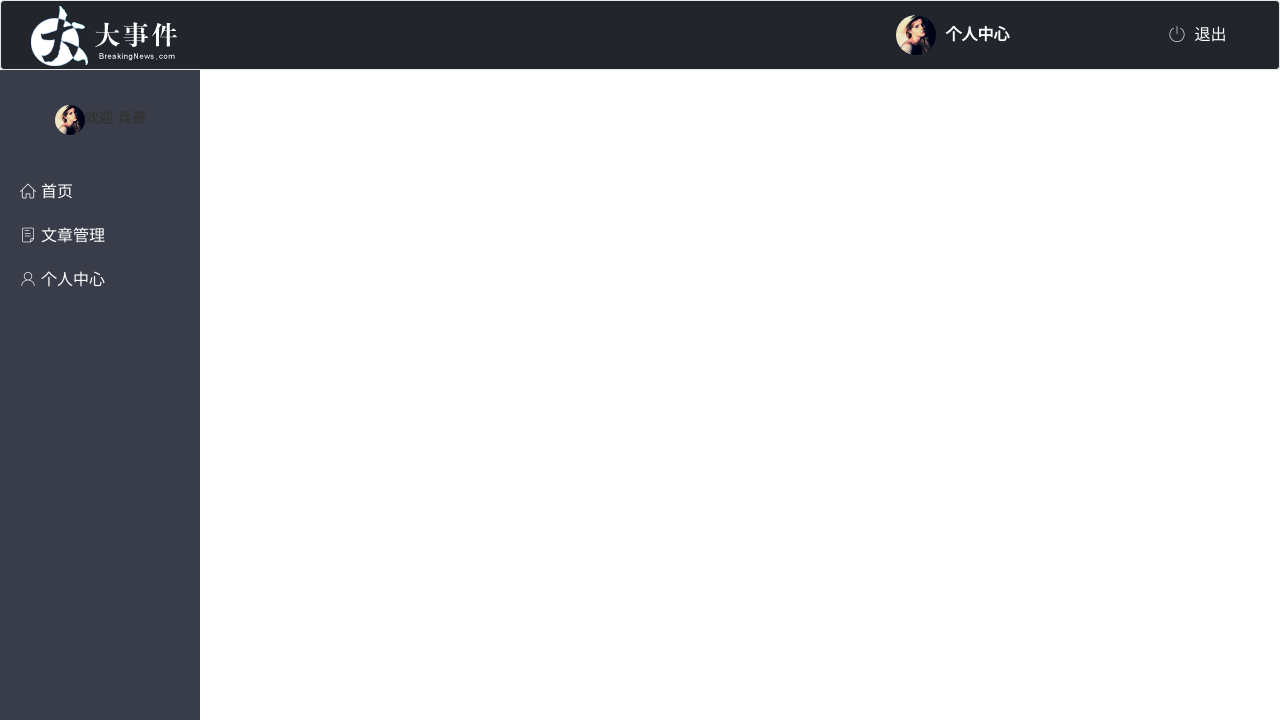
Repository: pursuit-YHP/project_dashijian
Page: index.html
These files come from the project's save history. The page is drawn as it stood at one moment and after the next save; the edit follows.
The browser window is 1280 px wide. The pictures show the whole page.
The style sheet was rebuilt from its Sass, Less or Tailwind sources for each picture, by a compiler version that may differ from the author's.

Above is the page before, as saved 2022-03-13 20:36:06.

### index.html
<!DOCTYPE html>
<html lang="en">

<head>
    <meta charset="UTF-8">
    <meta http-equiv="X-UA-Compatible" content="IE=edge">
    <meta name="viewport" content="width=device-width, initial-scale=1.0">
    <title>Document</title>
    <link rel="stylesheet" href="./assets/lib/bootstrap.css">
    <link rel="stylesheet" href="./assets/css/index.css">
    <link rel="stylesheet" href="./assets/fonts/iconfont.css">
</head>

<body>
    <!-- 头部 -->
    <nav class="navbar navbar-default">
        <div class="container-fluid">
            <div class="navbar-header">
                <a class="navbar-brand" href="#">
                    <img alt="Brand" src="./assets/images/logo.png">
                </a>
            </div>
            <div class="setting">
                <div class="tx_zoom">
                    <div class="touxiang"></div>
                    <label class="myzoon">个人中心</label>
                </div>
                <div class="unlogin">
                    <span class="iconfont icon-tuichu"></span>
                    <span>退出</span>
                </div>
            </div>
        </div>

    </nav>
    <!-- 侧边导航栏 -->
    <aside>
        <div class="aside_head">
            <span></span>
            <label for="">欢迎 </label>
            <label for="" style="margin-left: 5px;"> 兵哥</label>
        </div>
        <div class="aside_body">
            <ul>
                <li>
                    <a href="javascript:;"><span class="iconfont icon-home"></span>首页</a>
                </li>
                <li><a href="javasecipt:;"><span class="iconfont icon-16"></span>文章管理</a></li>
                <ul>
                    <li><a href="">文章类别</a></li>
                    <li><a href="">文章列表</a></li>
                    <li><a href="">发表文章</a></li>
                </ul>
                <li><a href="javasecipt:;"><span class="iconfont icon-user"></span>个人中心</a></li>
                <ul>
                    <li><a href="">基本资料</a></li>
                    <li><a href="">更换头像</a></li>
                    <li><a href="">重置密码</a></li>
                </ul>
            </ul>
        </div>
    </aside>
    <!-- 中心区域 -->
</body>

</html>

### assets/css/index.less
*{
    padding: 0;
    margin: 0;
}
a{
    text-decoration: none;
    color: white;
}
.navbar-default{
    height: 70px;
    background-color: rgba(34, 38, 44)!important;

    img{
        margin-left: 15px;
        margin-top: -10px;
    }
}
.setting{
    width: 30%;
    height: 100%;
    position: absolute;
    top: 0;
    right: 0;
    display: flex;
    align-items: center;
    justify-content: space-around;
}
.tx_zoom{
    flex:1;
    display: flex;
    align-items: center;
}
.touxiang{
    display: inline-block;
    width: 40px;
    height: 40px;
    border-radius: 50%;
    background: url(../images/sample.jpg) no-repeat center;
    background-size: 40px auto;
}
.myzoon{
    display: inline-block;
    margin-left: 10px;
    color: white;
    font-size: 16px;
    margin-bottom: 0;
}
.unlogin{
    width: 80px;
    margin-right: 30px;
    color: white;
    font-size: 16px;
}

aside{
    position: fixed;
    left: 0;
    top: 70px;
    width: 200px;
    height: 100%;
    background-color: #393D49;
}
.aside_head{
    width: 100%;
    height: 100px;
    line-height: 100px;
    text-align: center;
    display: flex;
    align-items: center;
    justify-content: center;
    span{
        display: inline-block;
        width: 30px;
        height: 30px;
        border-radius: 50%;
        background: url(../images/sample.jpg) no-repeat center;
        background-size: 30px;
    }
}
.aside_body{
    li{
        padding: 10px 20px;
        font-size: 16px;

    }
    >ul ul{
        display: none;
        li{
            padding-left: 30px;
        }
    }
}

.iconfont{
    margin-right: 5px;
}

Loaded but not shown: assets/lib/bootstrap.css (library); assets/fonts/iconfont.css (common file)

After the next save:
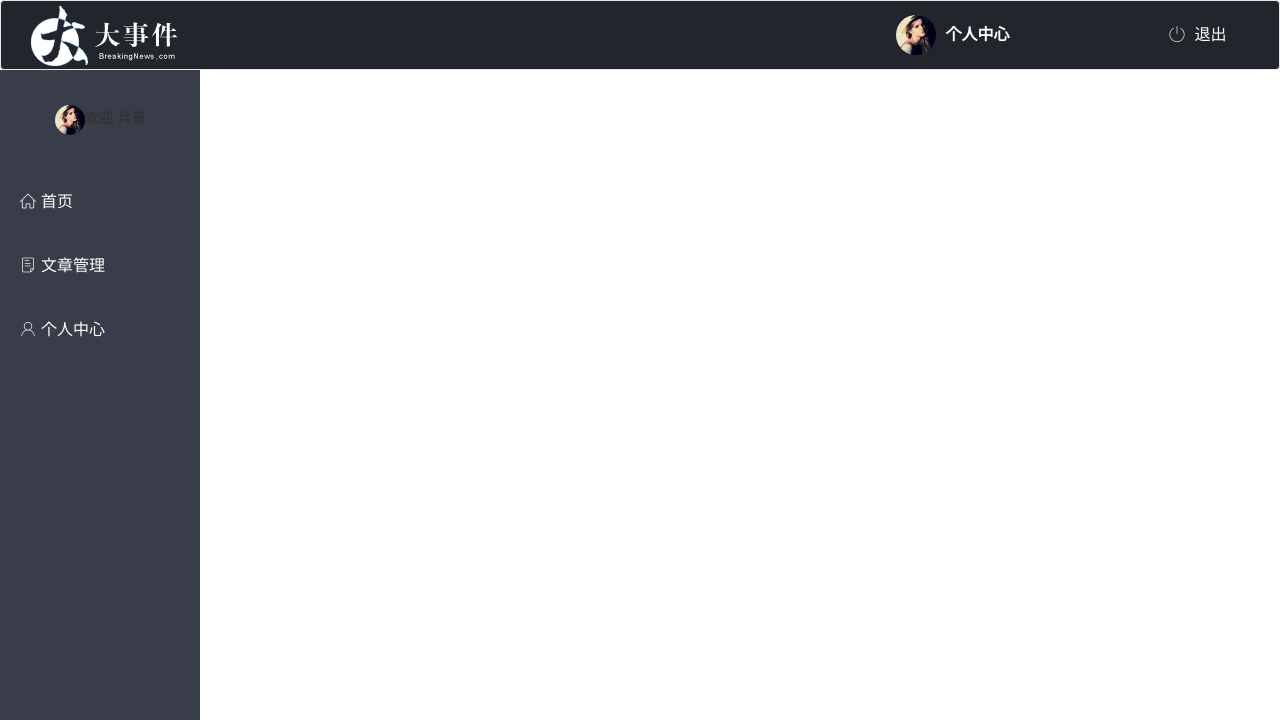
Saved 17 s later.
--- a/assets/css/index.less
+++ b/assets/css/index.less
@@ -79,7 +79,7 @@ aside{
 }
 .aside_body{
     li{
-        padding: 10px 20px;
+        padding: 20px 20px;
         font-size: 16px;
 
     }
